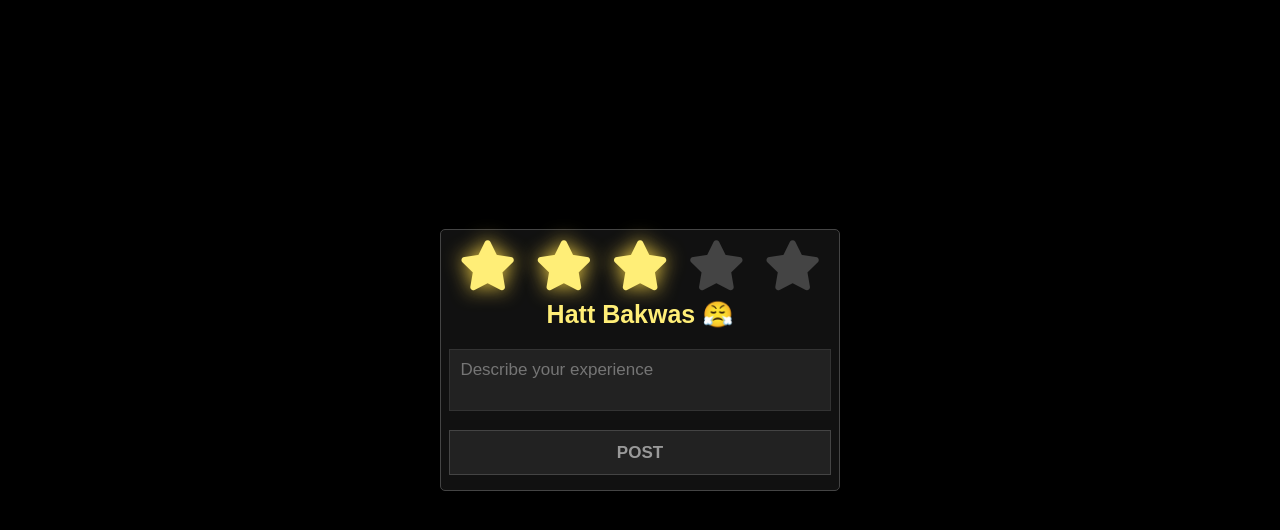
Repository: Suryansh-D/Star-Ratings
Page: index.html
The author's editor kept a copy of each file at every save. The page is drawn from the files as they stood at one save, then again after a run of saves.
The browser window is 1280 px wide. The pictures show the whole page.
The first `#rate-3` is checked.

Above is the page before, as saved 2024-02-03 10:17:27.

### index.html
<!DOCTYPE html>
<html lang="en">
<head>
    <meta charset="UTF-8">
    <meta name="viewport" content="width=device-width, initial-scale=1.0">
    <title>Document</title>
</head>
<link rel="stylesheet" href="style.css">
<link rel="stylesheet" href="https://cdnjs.cloudflare.com/ajax/libs/font-awesome/5.15.3/css/all.min.css">
<body>
    <div class="container">
        <div class="stars">
            <input type="radio" name="rate" id="rate-5">
            <label for="rate-5" class="fas fa-star"></label>
            <input type="radio" name="rate" id="rate-4">
            <label for="rate-4" class="fas fa-star"></label>
            <input type="radio" name="rate" id="rate-3">
            <label for="rate-3" class="fas fa-star"></label>
            <input type="radio" name="rate" id="rate-2">
            <label for="rate-2" class="fas fa-star"></label>
            <input type="radio" name="rate" id="rate-1">
            <label for="rate-1" class="fas fa-star"></label>
            <form action="#">
                <header></header>
                <div class="textarea">
                <textarea cols="30" placeholder="Describe your experience"></textarea>
                </div>
                    <div class="btn">
                        <button type="submit">Post</button>
                        </div>
                 </form>
        </div>
    </div>
    <script></script>
</body>
</html>

### style.css
@import url('https://fonts.googleapis.com/css?family=Roboto:400,700');
* {
  margin: 0;
  padding: 0;
  box-sizing: border-box;
  font-family:'Poppins', sans-serif;
}
html, body {
  height: 100%;
  background-color: #000;
  place-items: center;
  display: grid;
  text-align: center;
}

.container {
  width: 400px;
  background: #111;
    padding: 20px , 30px;
    border: 1px solid #444;
    border-radius: 5px;
    display: flex;
    flex-direction: column;
    align-items: center;
    justify-content: center;
}
.container .stars input{
    display: none;
}
.stars label{
    font-size: 50px;
    color: #444;
    cursor: pointer;
    transition: all 0.2s ease;
    float: right;
    padding: 10px;

}
.stars input:not(:checked) ~ label:hover ,
.stars input:not(:checked) ~ label:hover ~ label{
    color: #ffcc00;
}
.stars input:checked ~ label{
    color: #ffcc00;
}
input#rate-5:checked ~ label{
    color: #fe7;
    text-shadow: 0 0 20px #f1cf45;
}
input#rate-4:checked ~ label{
    color: #fe7;
    text-shadow: 0 0 20px #f1cf45;
}
input#rate-3:checked ~ label{
    color: #fe7;
    text-shadow: 0 0 20px #f1cf45;
}
input#rate-2:checked ~ label{
    color: #fe7;
    text-shadow: 0 0 20px #f1cf45;
}
input#rate-1:checked ~ label{
    color: #fe7;
    text-shadow: 0 0 20px #f1cf45;
}

#rate-1:checked ~ form header:before{
    content: "Hatt Bakwas 😤";

}
#rate-2:checked ~ form header:before{
    content: "Bekaar 😒";
}
#rate-3:checked ~ form header:before{
    content: "Hatt Bakwas 😤";
}
#rate-4:checked ~ form header:before{
    content: "Hatt Bakwas 😤";
}
#rate-5:checked ~ form header:before{
    content: "Hatt Bakwas 😤";
}


form header{
    width:100%;
    font-size: 25px;
    color: #fe7;
    font-weight: 700;
    margin: 5px 0 20px 0;
    text-align: center;
    transition: all 0.2s ease;
}

form .textarea{
    width: 100%;
   height: 100%;
   overflow: hidden;
}
form .textarea textarea{
    height: 100%;
    width:100%;
    outline: none;
    color: #fff;
    border: 1px solid #333;
    background: #222;
    padding: 10px;
    font-size: 17px;
    resize: none;
}
form .btn{
  height: 45px;
  width: 100%;
  margin: 15px 0;
}
form .btn button{
    width: 100%;
    height: 100%;
    border: 1px solid #444;
    outline: none;
    background: #222;
    color: #999;
    font-size: 20px;
    font-weight: 700;
    cursor: pointer;
    transition: all 0.2s ease;
    font-size: 17px;
    text-transform: uppercase;
}
form .btn button:hover{
    background: #1b1b1b;
    color: #fff;
}

After the next 2 saves:
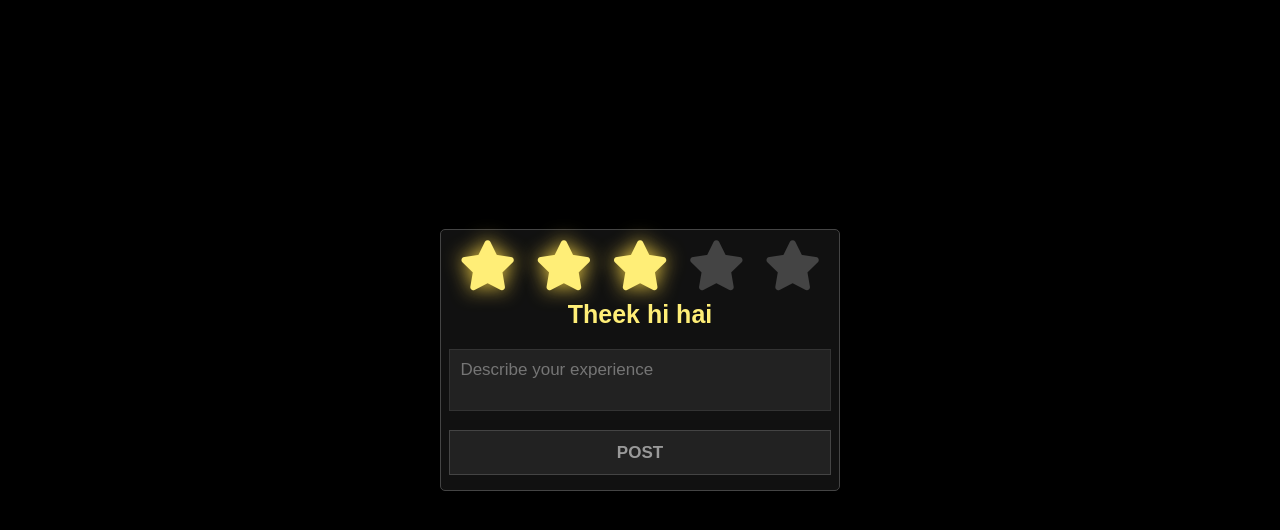
The 2 saves are shown as one change because they came seconds apart.
The last was saved 10 s later.
--- a/style.css
+++ b/style.css
@@ -72,7 +72,7 @@ input#rate-1:checked ~ label{
     content: "Bekaar 😒";
 }
 #rate-3:checked ~ form header:before{
-    content: "Hatt Bakwas 😤";
+    content: "Theek hi hai ";
 }
 #rate-4:checked ~ form header:before{
     content: "Hatt Bakwas 😤";
